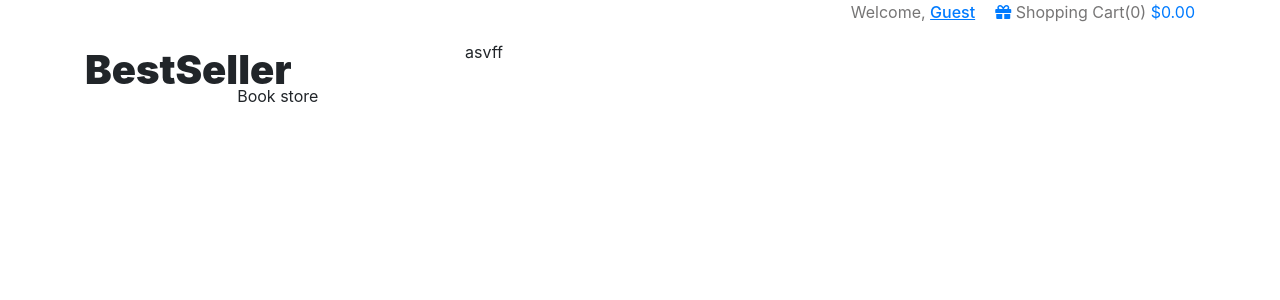
Repository: phunobi1807/BestSeller
Page: index.html
The author's editor kept a copy of each file at every save. The page is drawn from the files as they stood at one save, then again after the next save.
The browser window is 1280 px wide. The pictures show the whole page.

Above is the page before, as saved 2021-06-28 22:14:03.

After the next save:
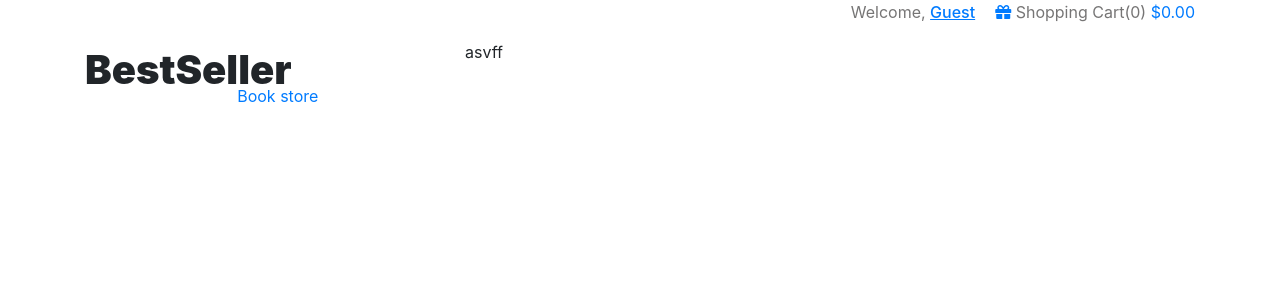
Saved 10 s later.
--- a/css/style.css
+++ b/css/style.css
@@ -50,4 +50,5 @@ html {
     bottom: 0;
     left: 44%;
     top: 73%;
+    color: var(--color-primary);
 }
